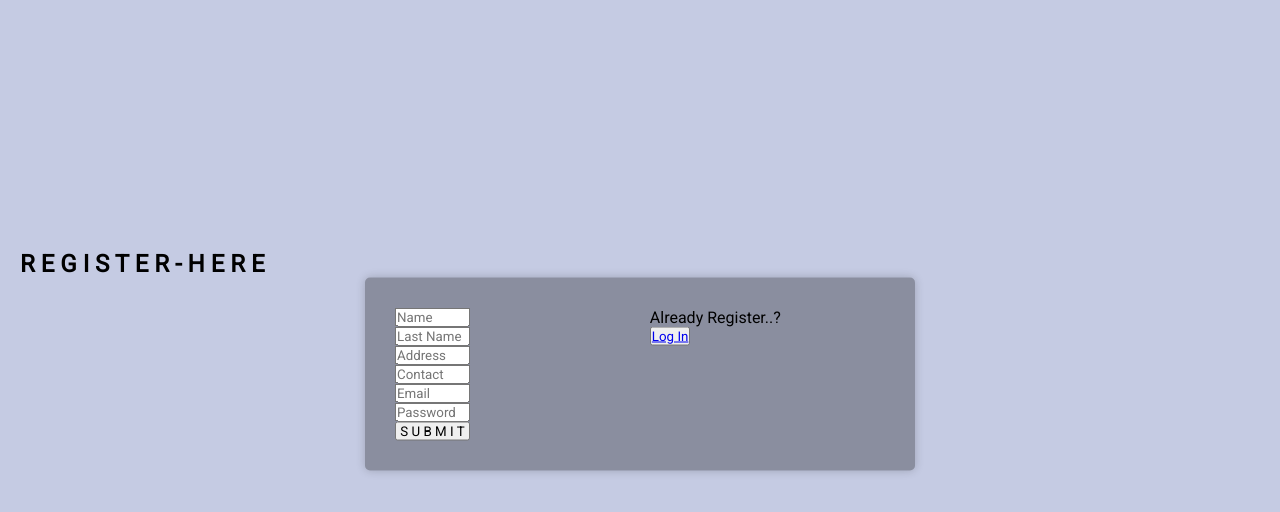
Repository: Krushna26nk/WebApplication
Page: http://localhost/Application/
These files come from the project's save history. The page is drawn as it stood at one moment and after the next save; the edit follows.
The browser window is 1280 px wide. The pictures show the whole page.
The page is served by Tomcat 9. Other server files are loaded and not shown.

Above is the page before, as saved 2019-05-31 13:27:36.

### web/Application/WebContent/RegisterData.jsp
<%@ page language="java" contentType="text/html; charset=UTF-8"
    pageEncoding="UTF-8"%>
<!DOCTYPE html PUBLIC "-//W3C//DTD HTML 4.01 Transitional//EN" "http://www.w3.org/TR/html4/loose.dtd">
<html>
<head>
<meta http-equiv="Content-Type" content="text/html; charset=UTF-8">
<link rel="stylesheet" type="text/css" href="Style.css">
<title>Insert title here</title>
</head>
<body bg="blur.jpg">
<div class="regDiv">
	<h2> R E G I S T E R - H E R E </h2>
<div class="formDiv">
	<form class="form" action="Registration" style="align:middle;">
				 <div class="inputFields">

					  	<input type="text" id="firstName" placeholder="Name" name="uname">

				 	  	<input type="text" id="lastName" placeholder="Last Name" name="lname">

				  	   	<input type="text" id="userAddress" placeholder="Address" name="address">

				  		<input type="number" id="contactNo" placeholder="Contact" name="contact">

				  		<input type="email" id="emailId" placeholder="Email" name="email">

				  		<input type="password" id="userPassword" placeholder="Password" name="pass">


		 				<input type="submit" value="S U B M I T">
		 </div>
	</form>
	<div class="alreadyDiv">
		<p> Already Register..?  </p>
		<button type="button"><a href="Login.jsp"> Log In </a></button>
	</div>
</div>

</div>


<script type="text/javascript">
	var userFName = document.getElementById("firstName");
	var userLName = document.getElementById("lastName");
	var userAddr = document.getElementById("userAddress");
	var contct = document.getElementById("contactNo");
	var emailId = document.getElementById("emailId");
	var userPass = document.getElementById("userPassword");
</script>


</body>
</html>

### web/Application/WebContent/Style.css
@CHARSET "UTF-8";
@import url('https://fonts.googleapis.com/css?family=Roboto');
*{
	margin:0;
	padding:0;
	box-sizing: border-box;
	outline:none;
	font-family: 'Roboto', sans-serif;
}
body{
	background-color:#C5CBE3;
}

.regDiv{
	position:absolute;
	top:50%;
	transform:translateY(-50%);
	width:100%;
	padding:0px 20px;

}
.formDiv{
	max-width:550px;
	margin:0 auto;
	background:rgba(0,0,0,0.3);
	padding:30px;
	border-radius:5px;
	display:flex;
	justify-content:space-between;
	box-shadow: 0 0 10px rgba(0,0,0,0.2);
}

.inputFields{
	display:flex;
	flex-direction:column;
	margin-right:4%;
}

.alreadyDiv,
.inputFields{
	width:48%;
}

After the next save:
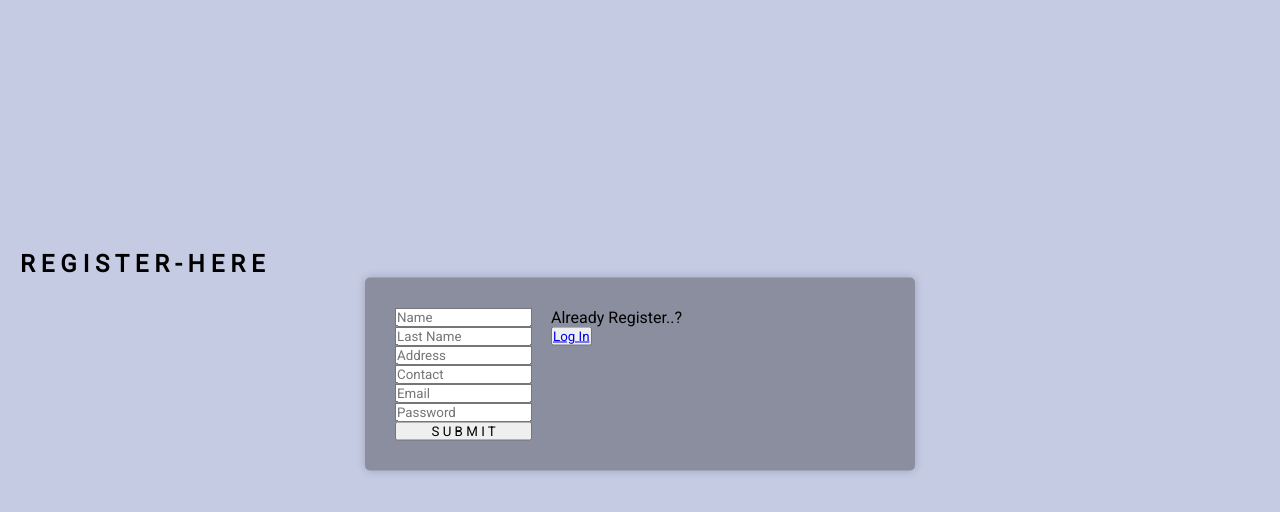
Saved 14 s later.
--- a/web/Application/WebContent/Style.css
+++ b/web/Application/WebContent/Style.css
@@ -38,5 +38,5 @@ body{
 
 .alreadyDiv,
 .inputFields{
-	width:48%;
+	width:88%;
 }
